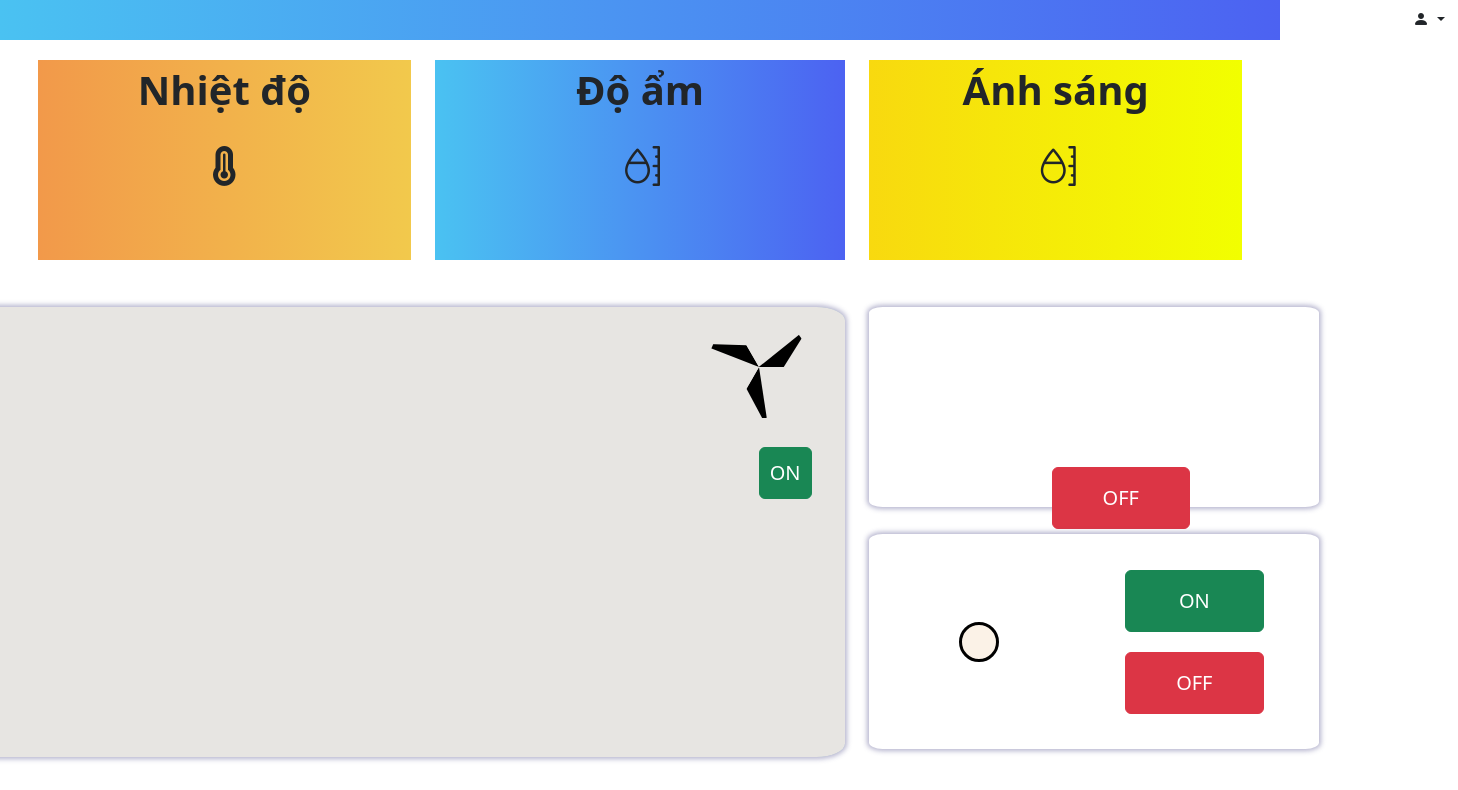
Repository: ndmq03102002/BTL_IOT
Page: Fontend_IOT/iot/index.html
An editor plug-in stored every save of this project. The page is shown before and after the next save, followed by the edit.
The browser window is 1280 px wide. The page is 1458 px wide, so the pictures cover 1458 px, including what lies to the right of the window. The pictures show the whole page.
Some web libraries are served in a nearby version.

Above is the page before, as saved 2023-09-07 09:51:36.

After the next save:
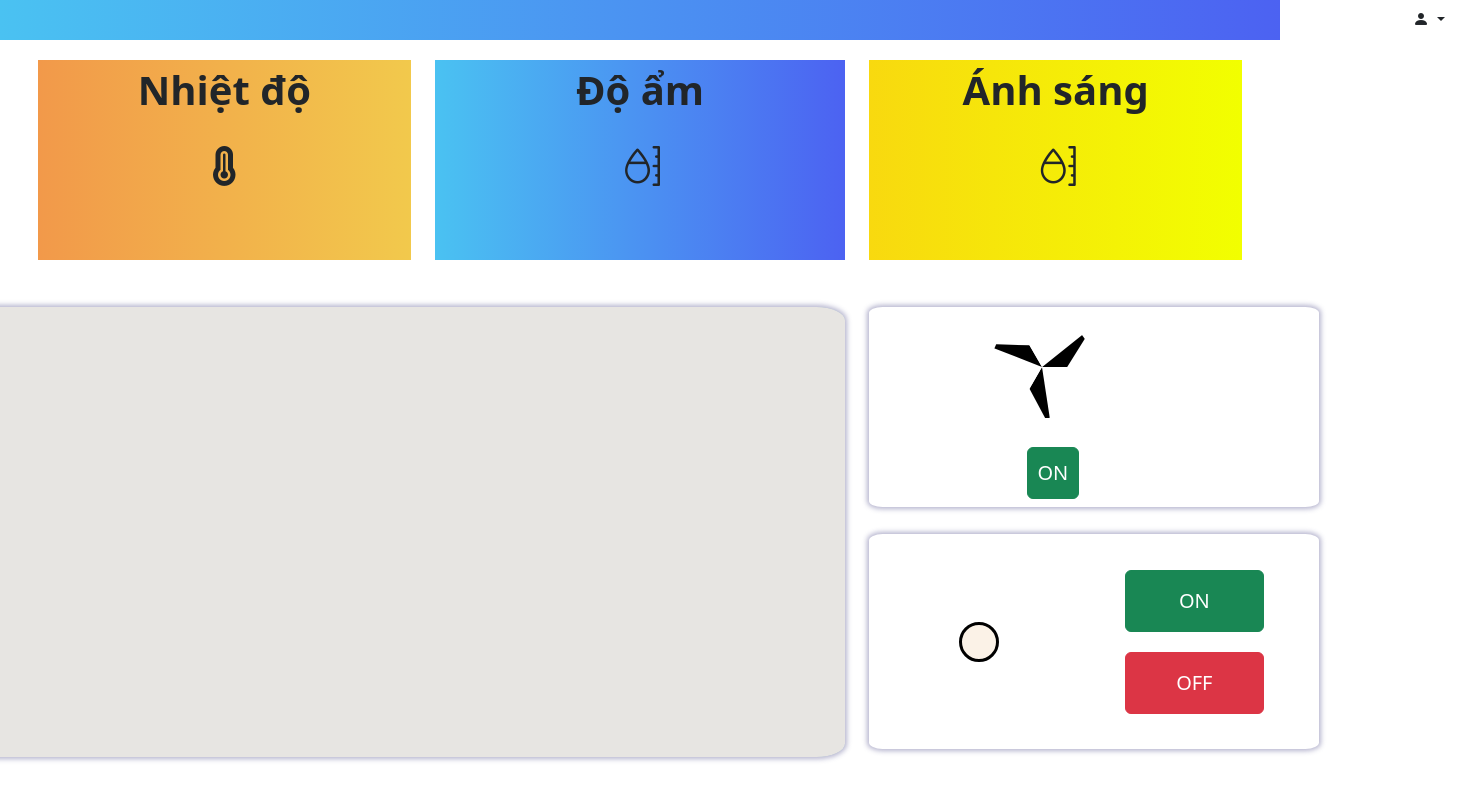
Saved 14 s later.
--- a/Fontend_IOT/iot/index.html
+++ b/Fontend_IOT/iot/index.html
@@ -69,9 +69,7 @@
                         <button class="btn btn-success " onclick="OnFan()" style="--bs-btn-padding-y: 10px; --bs-btn-padding-x: 10px; --bs-btn-font-size: 20px; ">ON</button>
                     </div>
 
-                    <div class="button" style="margin: auto; margin-top: 140px;margin-right: 240px;">
-                        <button class="btn btn-danger " onclick="OffFan()" style="margin-top: 20px; --bs-btn-padding-y: 15px; --bs-btn-padding-x: 50px; --bs-btn-font-size: 20px;">OFF</button>
-                    </div>
+
 
 
                 </div>
